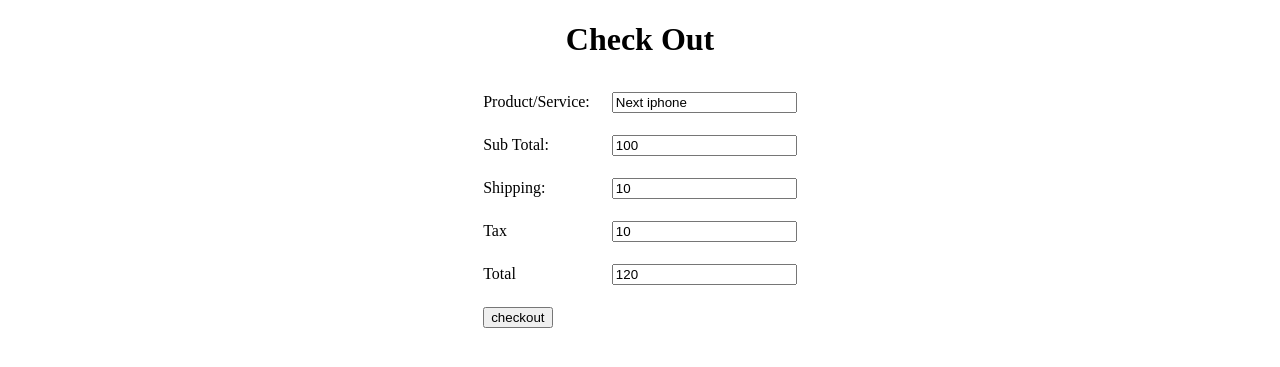
Repository: ThimeshaMindaka/PAFF
Page: PayPalTest/src/main/webapp/checkout.html
An editor plug-in stored every save of this project. The page is shown before and after the next save, followed by the edit.
The browser window is 1280 px wide. The pictures show the whole page.

Above is the page before, as saved 2022-05-14 15:27:27.

After the next save:
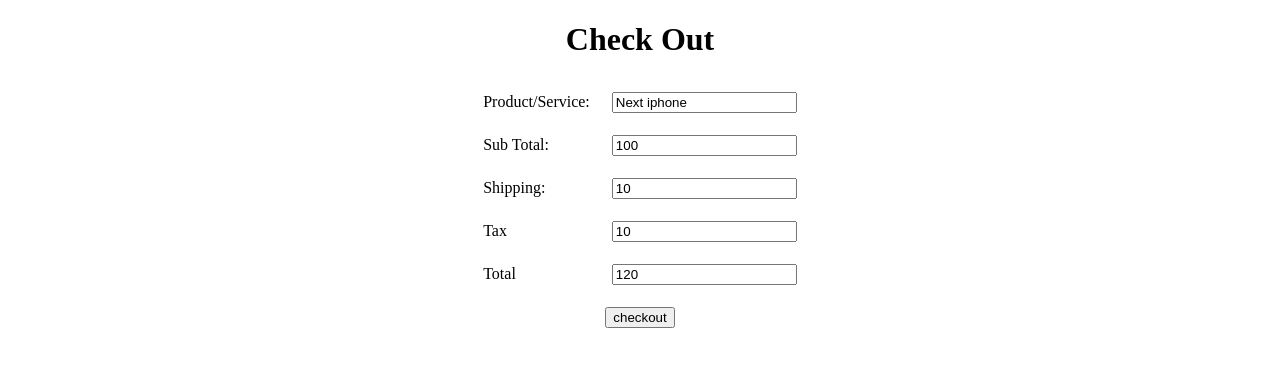
Saved 2 s later.
--- a/PayPalTest/src/main/webapp/checkout.html
+++ b/PayPalTest/src/main/webapp/checkout.html
@@ -4,7 +4,7 @@
 <meta charset="ISO-8859-1">
 <title>Check Out</title>
 	<style type="text/css">
-		table {border : 0}
+		table {border : 0;}
 		table td { padding: 10px; }
 	</style>
 </head>
@@ -34,7 +34,9 @@
 			<td><input type="text" name="total" value="120" > </td>
 		</tr>
 		<tr>
-			<td><input type="submit" value="checkout" > </td>
+			<td colspan="2" align="center" >
+			<input type="submit" value="checkout" >
+			</td>
 		</tr>
 		</table>
 		</form>
